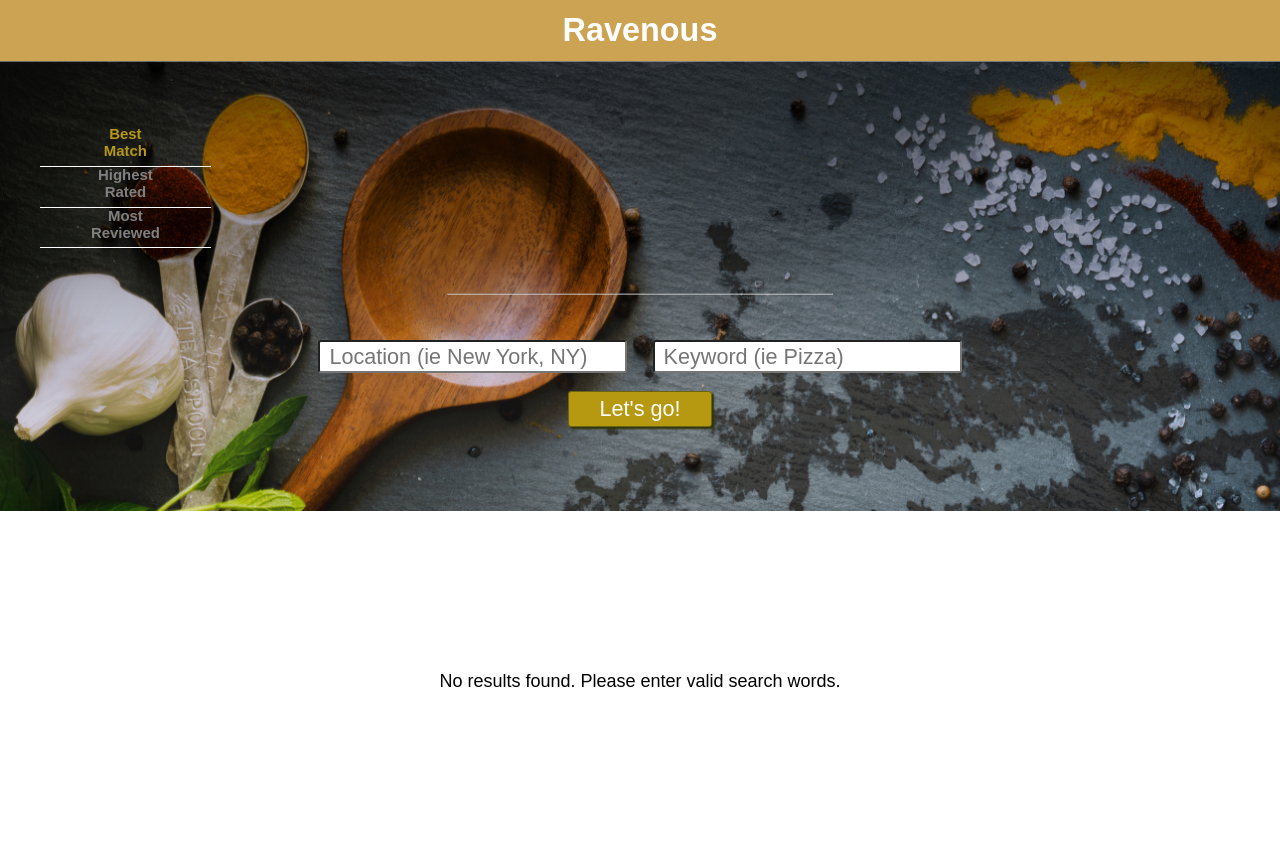
Repository: LolaSL/Ravenous
Page: /
An editor plug-in stored every save of this project. The page is shown before and after the next save, followed by the edit.
The browser window is 1280 px wide. The pictures show the whole page.
The page's requests for data from a server got no answer. The project was rebuilt for these pictures with package versions that can differ from the ones it lists, and the page was loaded fresh each time. No one was signed in, and anything a server would have sent is missing. Also part of the build but not shown: src/Business/Business.js.

Above is the page before, as saved 2024-03-24 12:05:41.

After the next save:
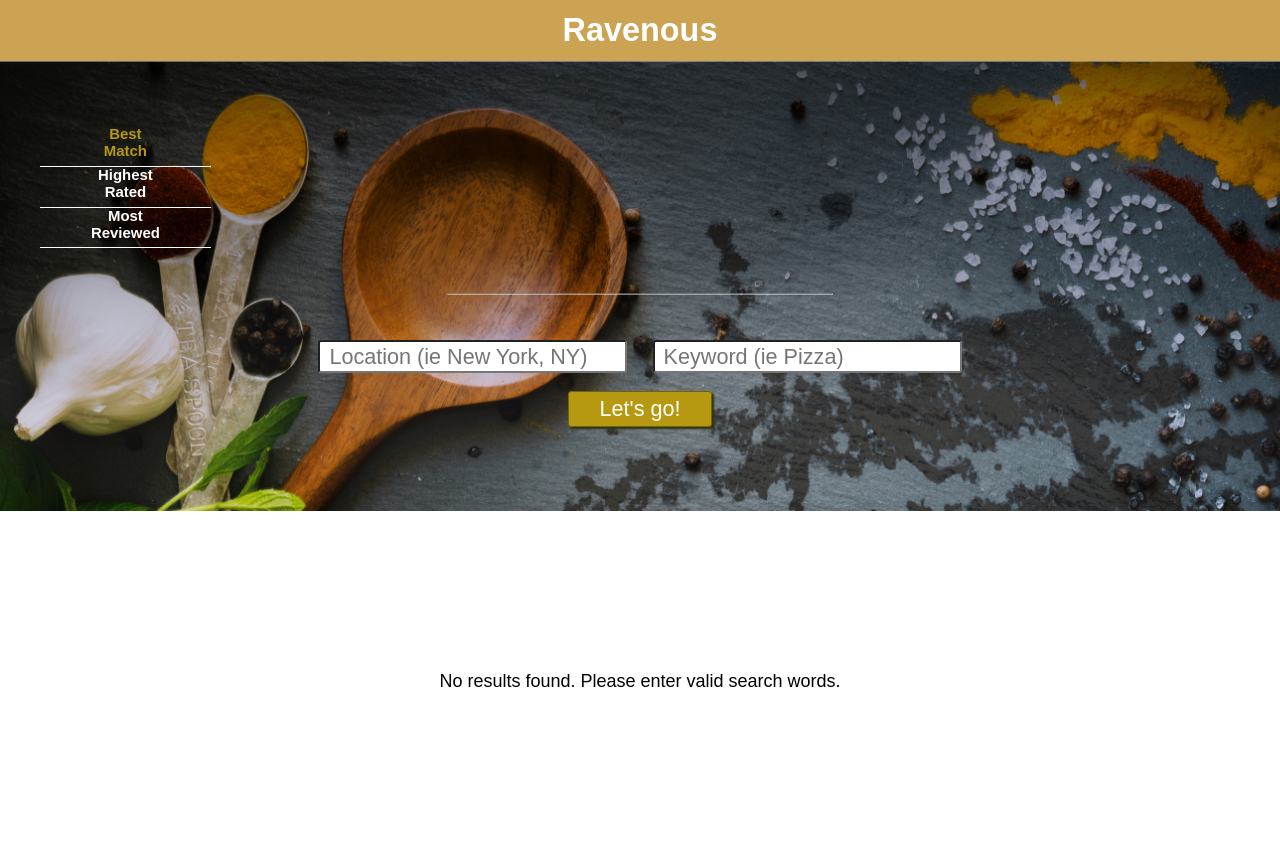
Saved 7 s later.
--- a/src/SearchBar/SearchBar.css
+++ b/src/SearchBar/SearchBar.css
@@ -26,7 +26,7 @@
   font-size: 0.83rem;
   transition: color 0.25s;
   list-style: none;
-  color: grey;
+  color: white;
 }
 
 #sort-options li:hover {
